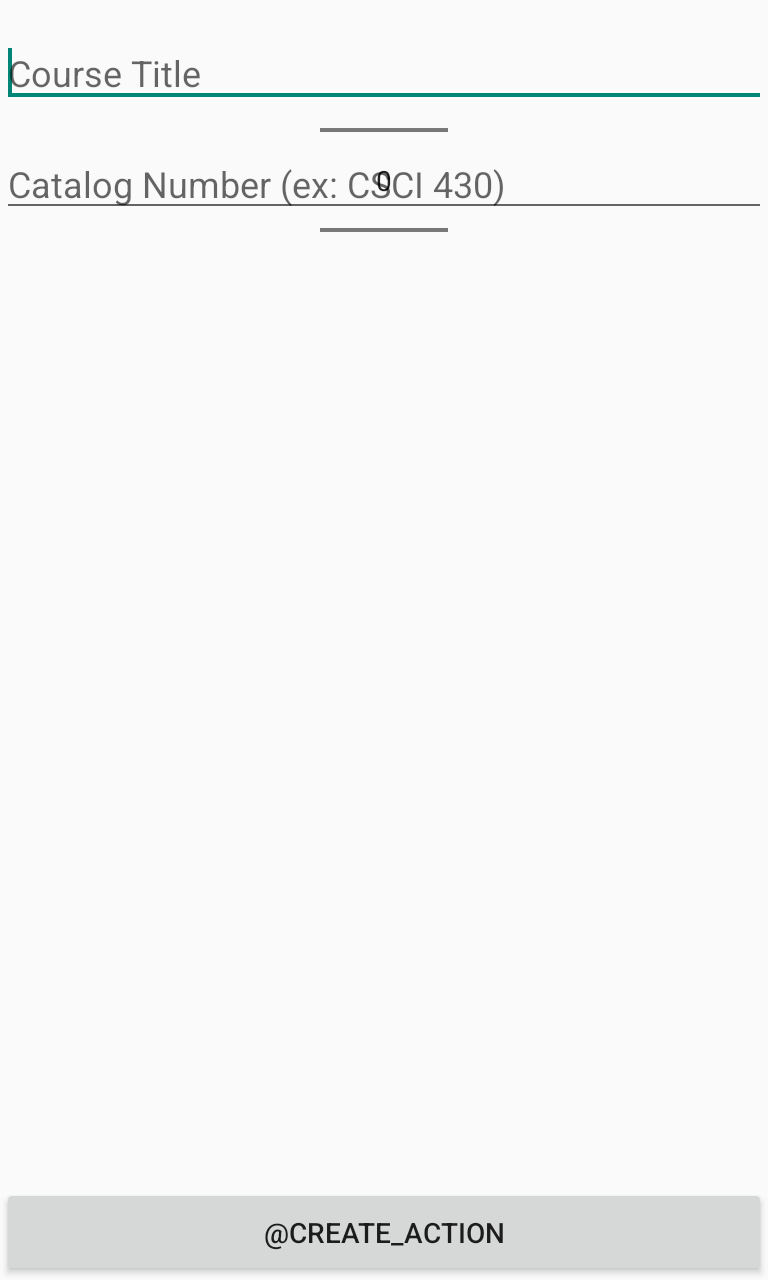
Repository: Jooms/Examples
Layout: CourseManager/res/layout/activity_main.xml
An editor plug-in stored every save of this project. The layout is shown before and after the next save, followed by the edit.
It is drawn on a 768 x 1280 px phone screen (xhdpi) without system bars, with theme AppTheme; the app's code is not run.

Above is the layout before, as saved 2014-10-06 02:12:37.

After the next save:
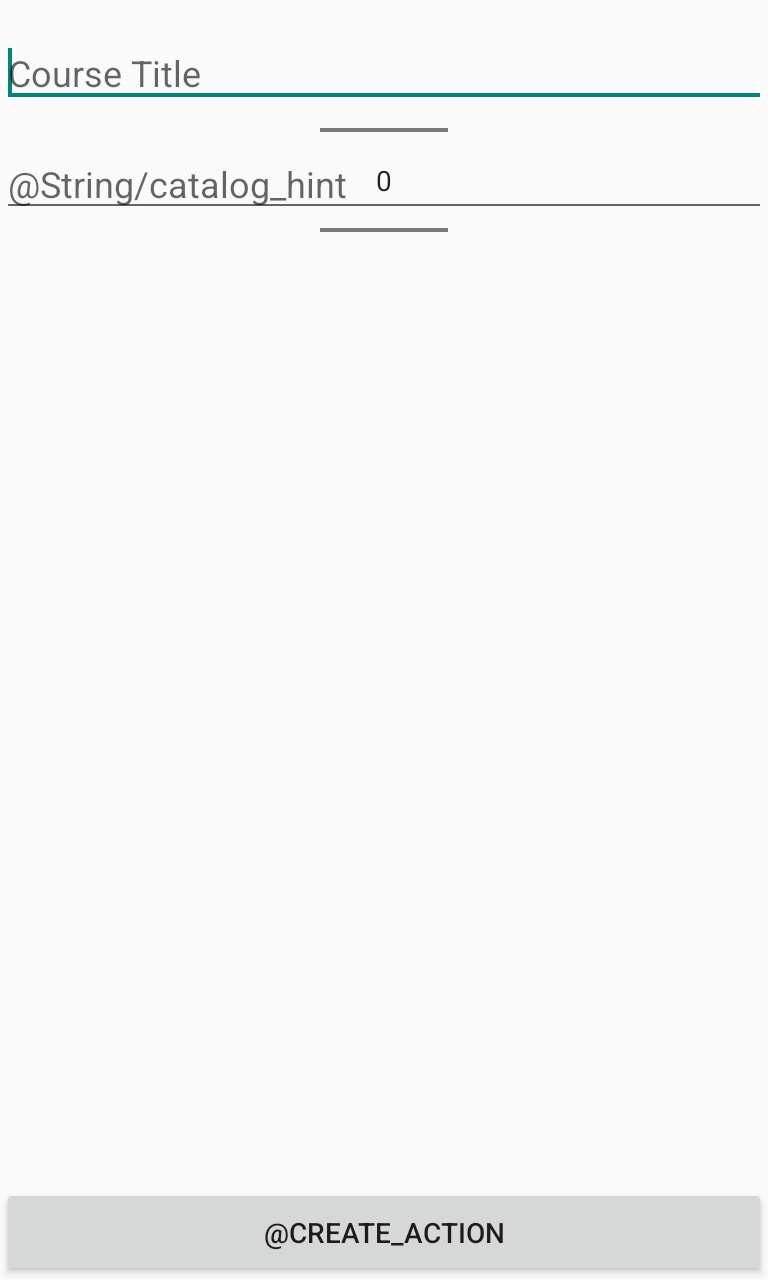
Saved 65 s later.
--- a/CourseManager/res/layout/activity_main.xml
+++ b/CourseManager/res/layout/activity_main.xml
@@ -27,7 +27,7 @@
         android:layout_below="@+id/editName"
         android:layout_marginTop="14dp"
         android:ems="10"
-        android:hint="Catalog Number (ex: CSCI 430)" />
+        android:hint="@String/catalog_hint" />
 
     <Button
         android:id="@+id/buttonCreate"

After the 2 saves that followed:
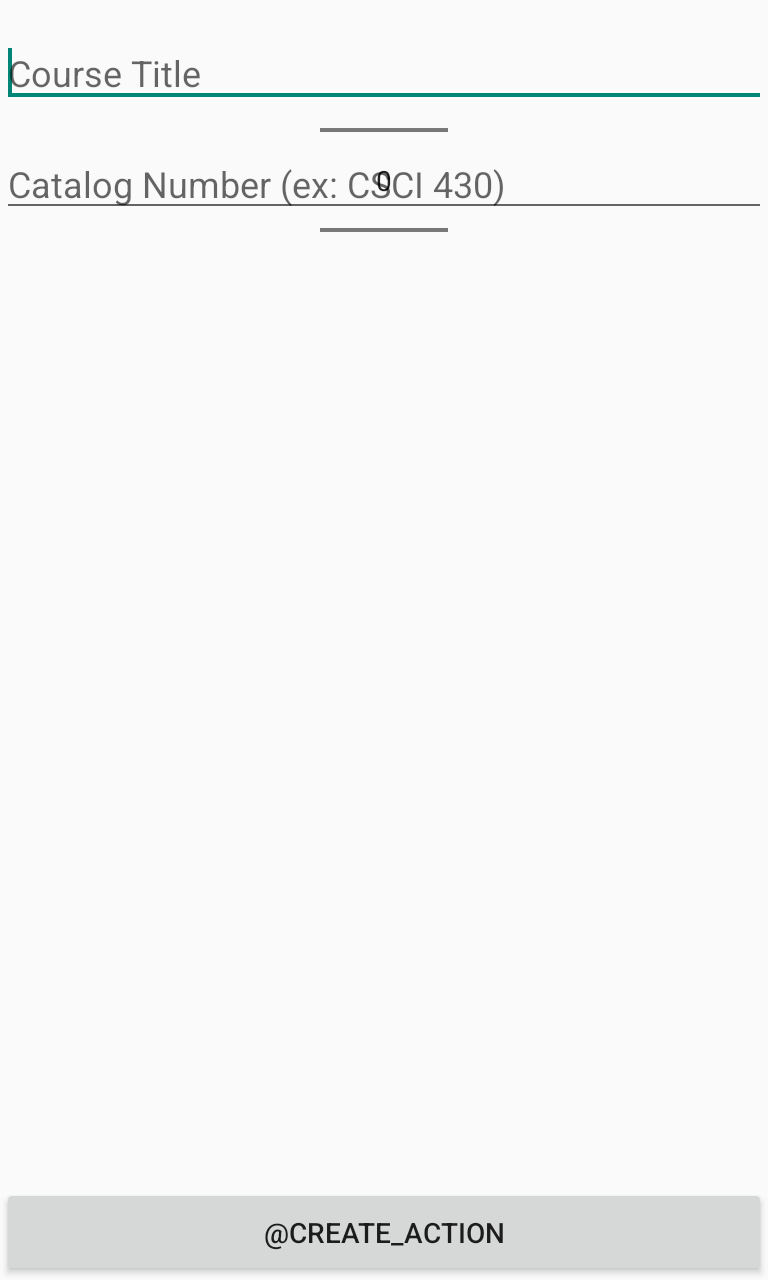
The 2 saves are shown as one change because 1 left the picture as it was.
The last was saved 45 s later.
--- a/CourseManager/res/layout/activity_main.xml
+++ b/CourseManager/res/layout/activity_main.xml
@@ -27,7 +27,7 @@
         android:layout_below="@+id/editName"
         android:layout_marginTop="14dp"
         android:ems="10"
-        android:hint="@String/catalog_hint" />
+        android:hint="@string/catalog_hint" />
 
     <Button
         android:id="@+id/buttonCreate"
--- a/CourseManager/res/values/strings.xml
+++ b/CourseManager/res/values/strings.xml
@@ -3,5 +3,7 @@
 
     <string name="app_name">CourseManager</string>
     <string name="hello_world">Hello world!</string>
+    <string name="create_action">Create Course</string>
+    <string name="catalog_hint">Catalog Number (ex: CSCI 430)</string>
 
 </resources>
